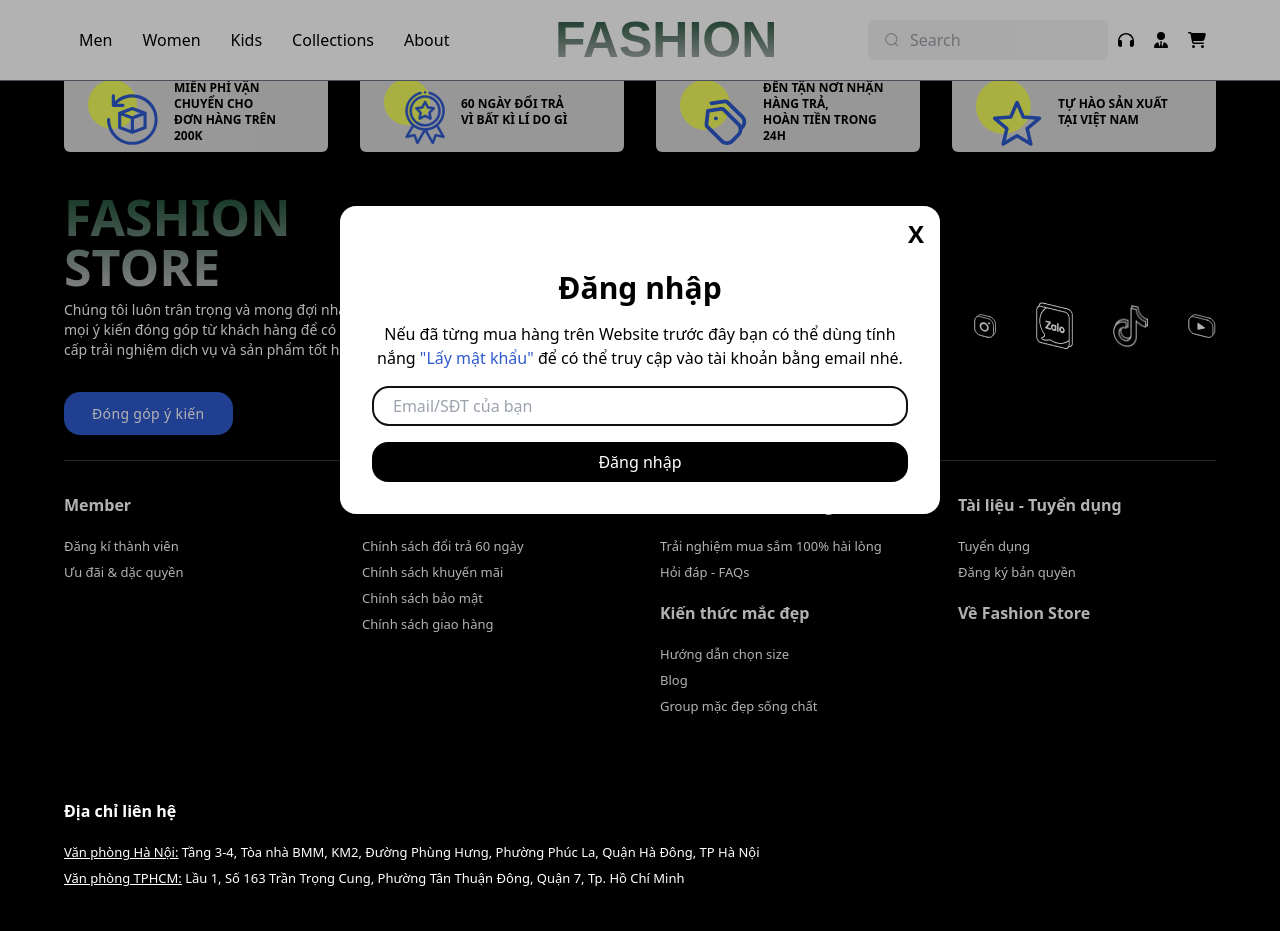
Repository: VuSnow/Software_Engineering
Page: /forgorPassword
An editor plug-in stored every save of this project. The page is shown before and after the next save, followed by the edit.
The browser window is 1280 px wide. The pictures show the whole page.
The project was rebuilt for these pictures with package versions that can differ from the ones it lists, and the page was loaded fresh each time. The framework's server and built-in components were replaced by stand-ins that run in the browser. Also part of the build but not shown: next.config.js, src/components/cart/CartItem/CartItem.tsx, src/components/cart/Cart.tsx, src/app/Login/page.tsx, src/app/register/page.tsx.

Above is the page before, as saved 2023-06-26 16:08:27.

After the next save:
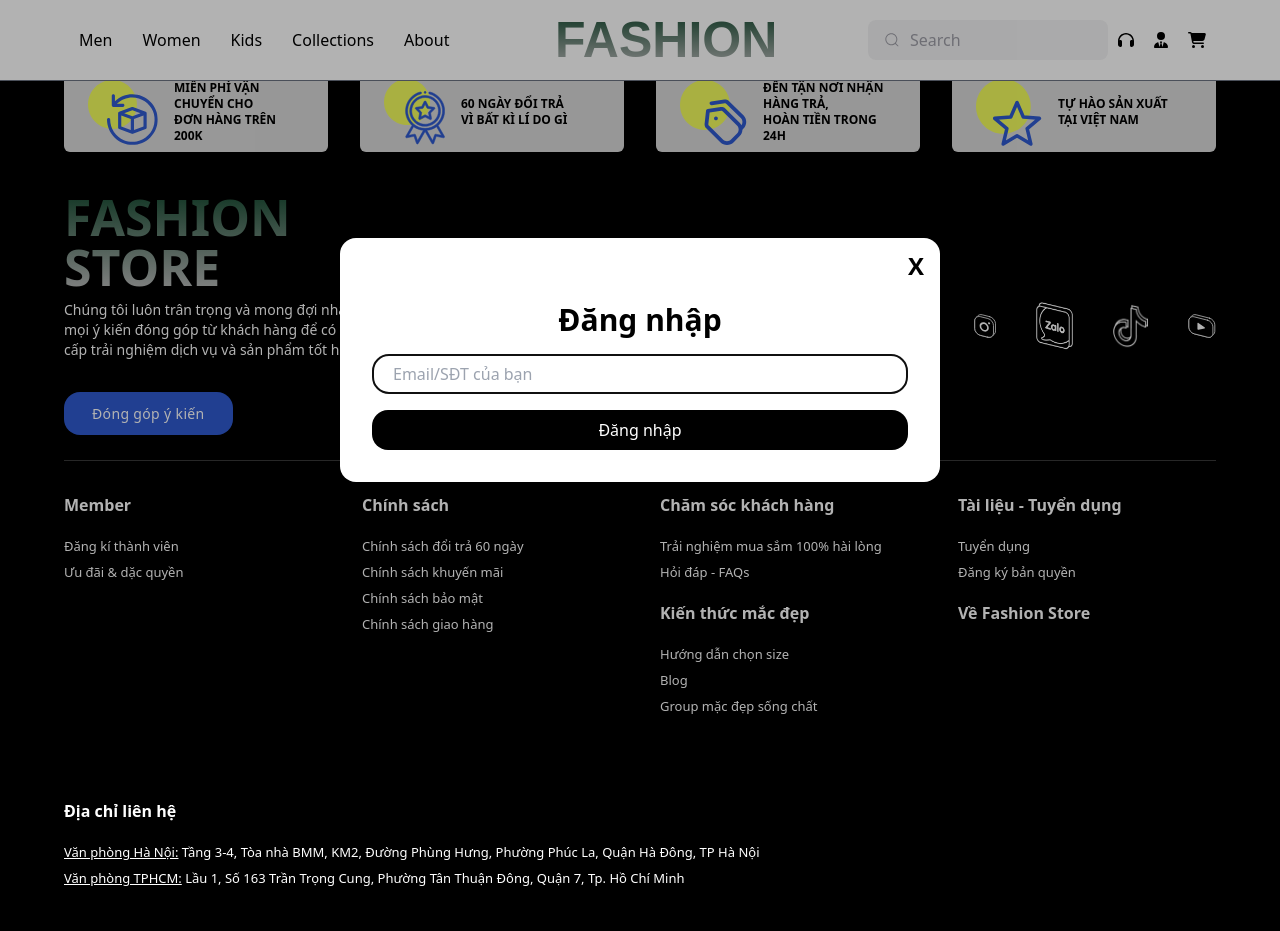
Saved 8 s later.
--- a/src/app/forgorPassword/page.tsx
+++ b/src/app/forgorPassword/page.tsx
@@ -29,17 +29,6 @@
                 <div className="title text-3xl font-bold mx-0 mb-4 mt-8">
                   Đăng nhập
                 </div>
-                <div className="subtitle">
-                  Nếu đã từng mua hàng trên Website trước đây bạn có thể dùng
-                  tính nắng{" "}
-                  <Link
-                    href="/"
-                    className="text-[#2f5acf] cursor-pointer duration-200 delay-0 transition-all ease-in-out"
-                  >
-                    "Lấy mật khẩu"
-                  </Link>{" "}
-                  để có thể truy cập vào tài khoản bằng email nhé.
-                </div>
               </div>
               <div className="form-group mb-4">
                 <input
@@ -50,7 +39,6 @@
                   className="form-control bg-white border border-solid border-[#d9d9d9] box-border rounded-2xl h-10 w-full py-[5px] px-5 transition-all delay-0 duration-200 ease-in-out"
                 />
               </div>
-
               <button className="login-btn block rounded-2xl h-10 w-full py-[5px] px-5 bg-black text-white text-center border-0 cursor-pointer transition-all delay-0 duration-200 ease-in-out mt-4">
                 Đăng nhập
               </button>
